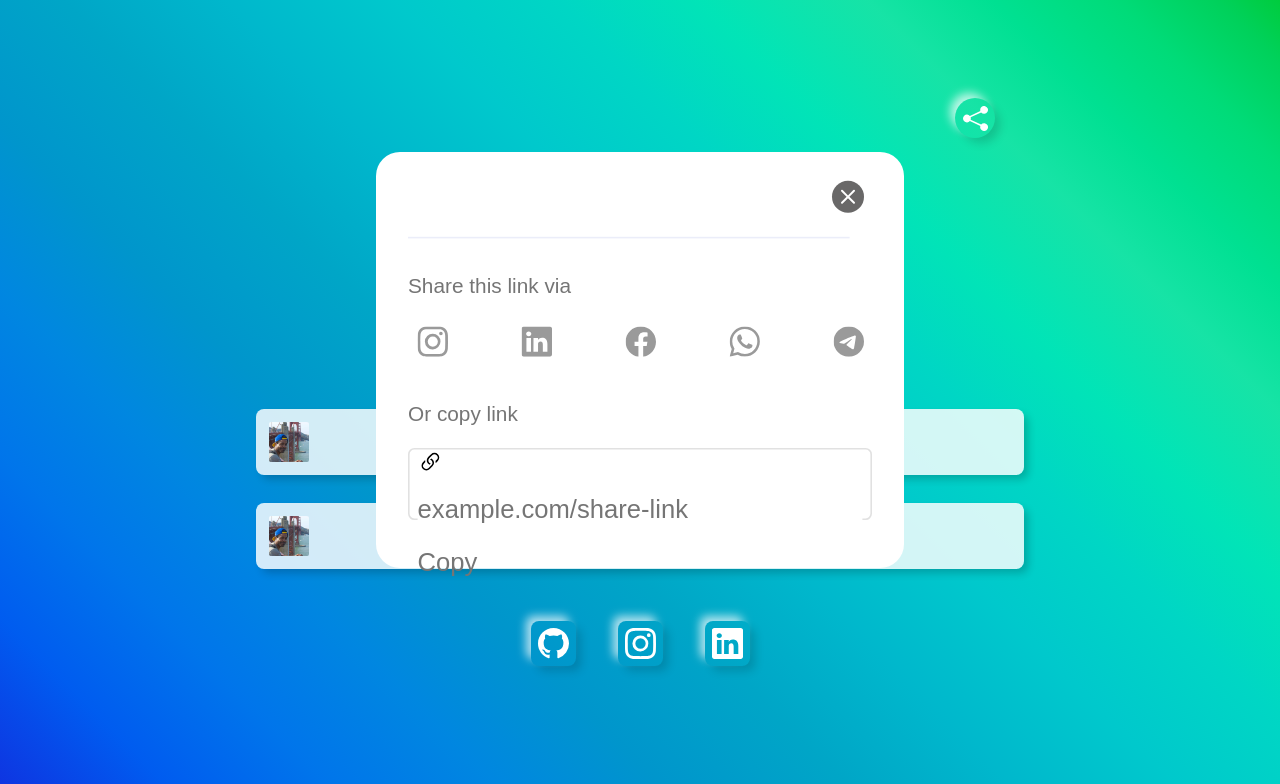
Repository: MateLaDBrouille97/linktree
Page: /
These files come from the project's save history. The page is drawn as it stood at one moment and after the next save; the edit follows.
The browser window is 1280 px wide. The pictures show the whole page.
The project was rebuilt for these pictures with package versions that can differ from the ones it lists, and the page was loaded fresh each time. The framework's server and built-in components were replaced by stand-ins that run in the browser. Also part of the build but not shown: next.config.js, styles/Home.module.css, styles/scrollup.css.

Above is the page before, as saved 2023-01-24 02:14:28.

After the next save:
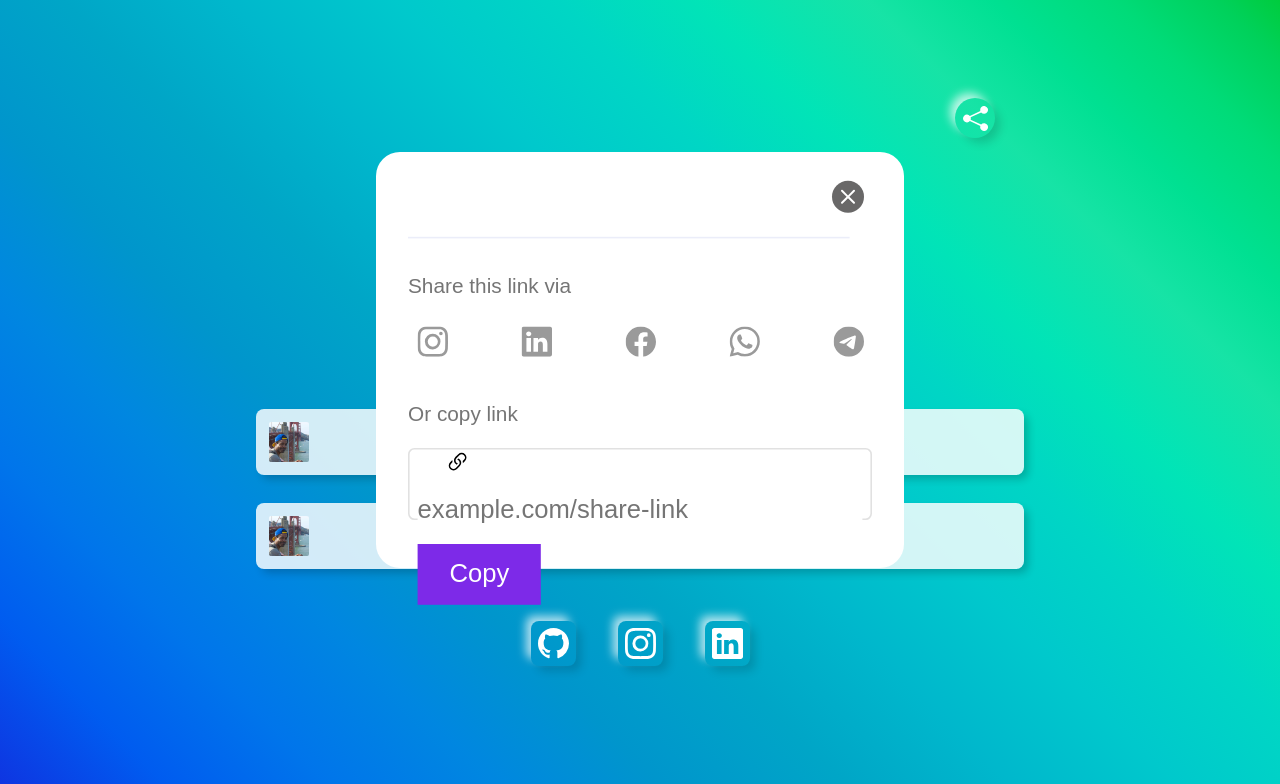
Saved 3 min 47 s later.
--- a/styles/share.css
+++ b/styles/share.css
@@ -176,7 +176,11 @@ header .close {
     padding: 0 5px;
 }
 
-
+.field svg{
+    width: 50px;
+    text-align: center;
+    font-size: 18px;
+}
 
 .field input{
     border: none;
@@ -184,3 +188,10 @@ header .close {
     height: 100%;
     width: 100%;
 }
+
+.field button{
+    padding:5px 18px;
+    border: 2px solid transparent;
+    color :#fff;
+    background: #7d2ae8;
+}
--- a/components/Share.tsx
+++ b/components/Share.tsx
@@ -103,7 +103,18 @@ const Share = () => {
           </ul>
           <p> Or copy link</p>
           <div className="field">
-          <svg xmlns="http://www.w3.org/2000/svg" width="16" height="16" fill="black" className="bi bi-link-45deg" viewBox="0 0 16 16"> <path d="M4.715 6.542 3.343 7.914a3 3 0 1 0 4.243 4.243l1.828-1.829A3 3 0 0 0 8.586 5.5L8 6.086a1.002 1.002 0 0 0-.154.199 2 2 0 0 1 .861 3.337L6.88 11.45a2 2 0 1 1-2.83-2.83l.793-.792a4.018 4.018 0 0 1-.128-1.287z"/> <path d="M6.586 4.672A3 3 0 0 0 7.414 9.5l.775-.776a2 2 0 0 1-.896-3.346L9.12 3.55a2 2 0 1 1 2.83 2.83l-.793.792c.112.42.155.855.128 1.287l1.372-1.372a3 3 0 1 0-4.243-4.243L6.586 4.672z"/> </svg>
+            <svg
+              xmlns="http://www.w3.org/2000/svg"
+              width="16"
+              height="16"
+              fill="black"
+              className="bi bi-link-45deg"
+              viewBox="0 0 16 16"
+            >
+              {" "}
+              <path d="M4.715 6.542 3.343 7.914a3 3 0 1 0 4.243 4.243l1.828-1.829A3 3 0 0 0 8.586 5.5L8 6.086a1.002 1.002 0 0 0-.154.199 2 2 0 0 1 .861 3.337L6.88 11.45a2 2 0 1 1-2.83-2.83l.793-.792a4.018 4.018 0 0 1-.128-1.287z" />{" "}
+              <path d="M6.586 4.672A3 3 0 0 0 7.414 9.5l.775-.776a2 2 0 0 1-.896-3.346L9.12 3.55a2 2 0 1 1 2.83 2.83l-.793.792c.112.42.155.855.128 1.287l1.372-1.372a3 3 0 1 0-4.243-4.243L6.586 4.672z" />{" "}
+            </svg>
             <input type="text" value="example.com/share-link" />
             <button>Copy</button>
           </div>
